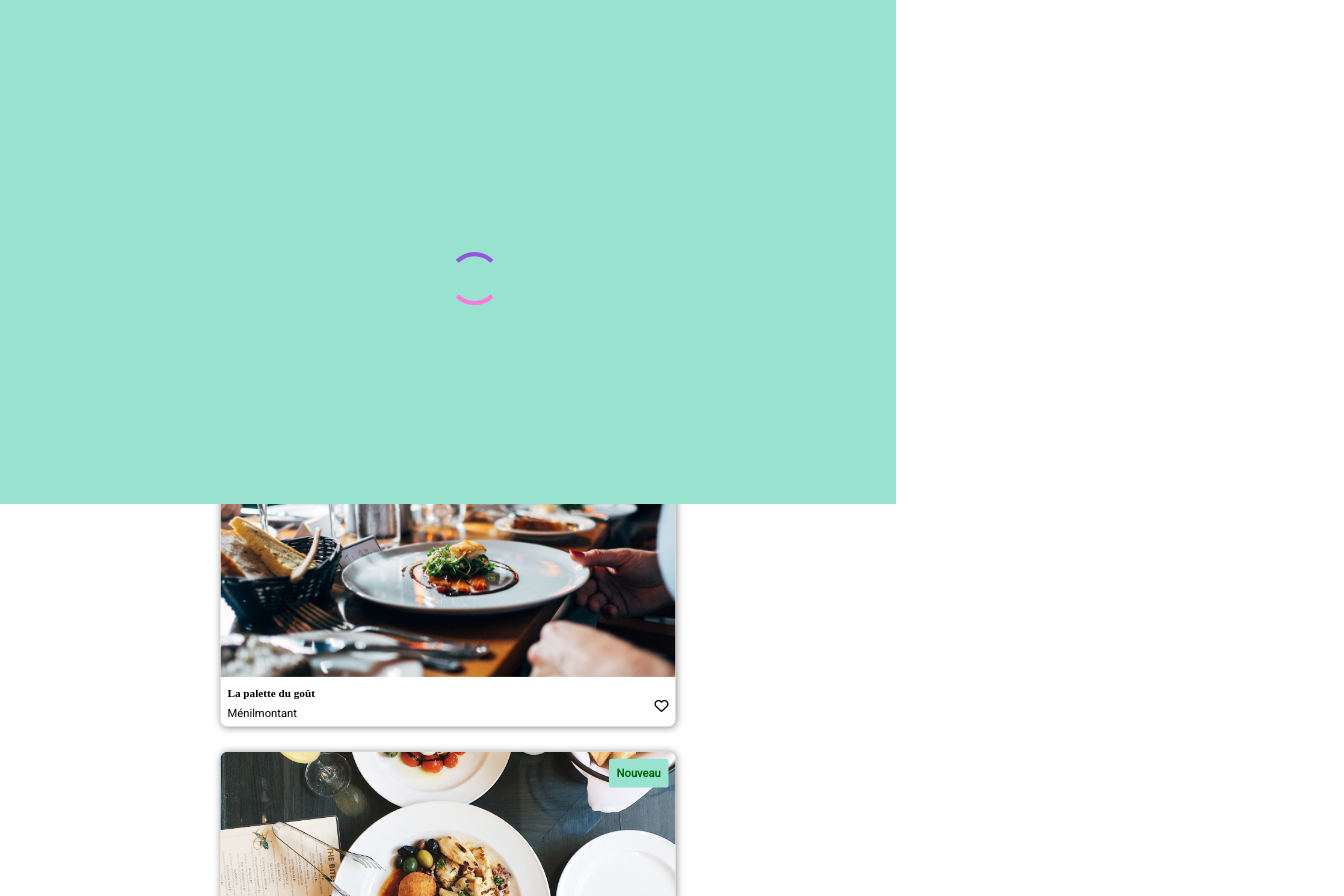
Repository: Micka-17/boimickael_3_16042021
Page: index.html
These files come from the project's save history. The page is drawn as it stood at one moment and after the next save; the edit follows.
The browser window is 1280 px wide. The page is 1280 px wide, then 1920 px, then 1280 px, so the pictures cover 1920 px, including what lies to the right of the window. The pictures show the part of the page from y = 0 to 1280 px (the page is 2618 px tall), at 70% of full size.
Some web fonts or font styles are not loaded; a fallback is used. Some web libraries are served in a nearby version. The style sheet was rebuilt from its Sass, Less or Tailwind sources for each picture, by a compiler version that may differ from the author's.

Above is the page before, as saved 2021-05-26 10:50:45.

After the next save:
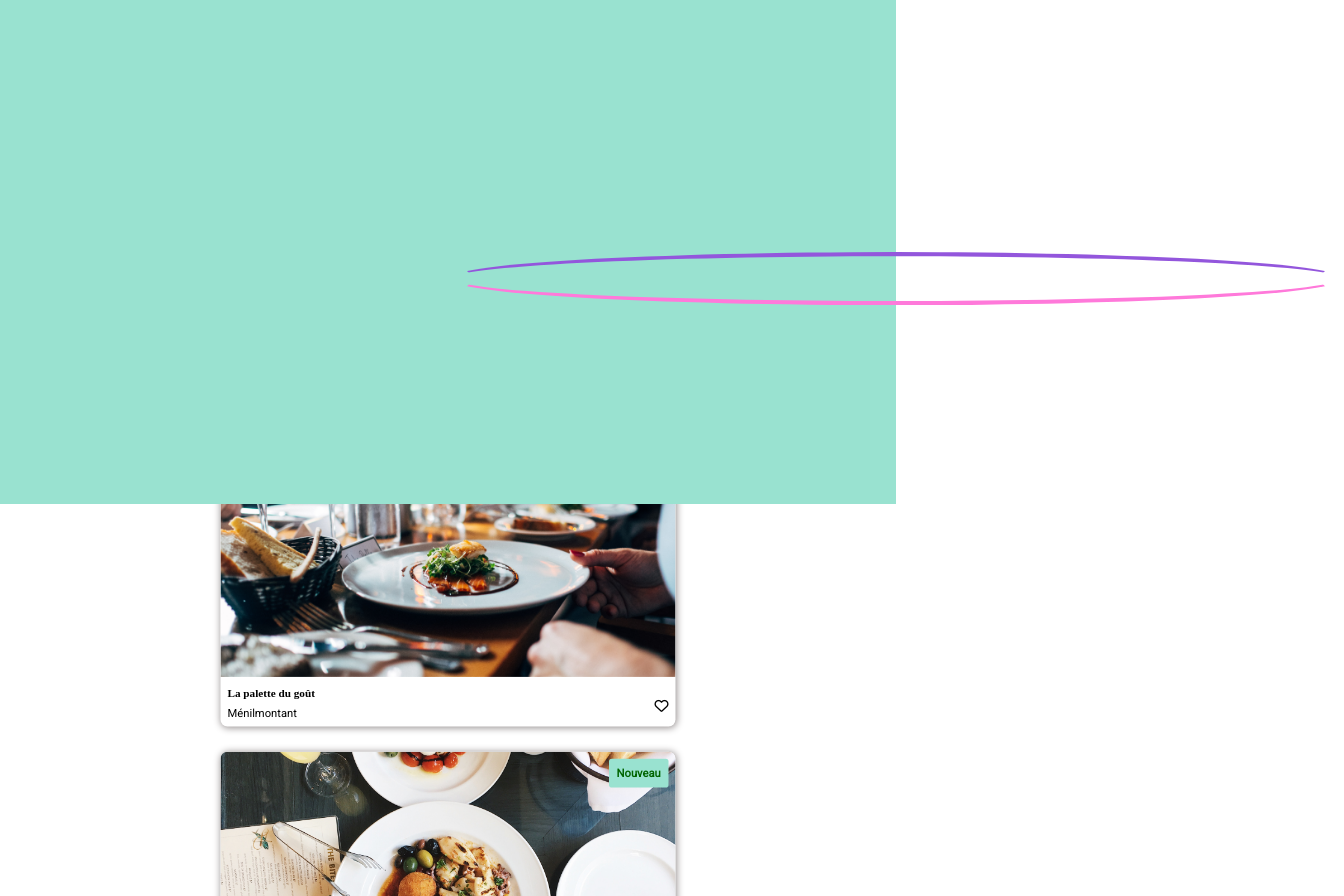
Saved 7 s later.
--- a/sass/style.scss
+++ b/sass/style.scss
@@ -31,7 +31,7 @@
     position: relative;
     top: 50%;
     left: 50%;
-    width: 64px;
+    ;
     height: 64px;
     border-radius: 50%;
     border: 6px solid rgb(255, 255, 255);

After the save that followed:
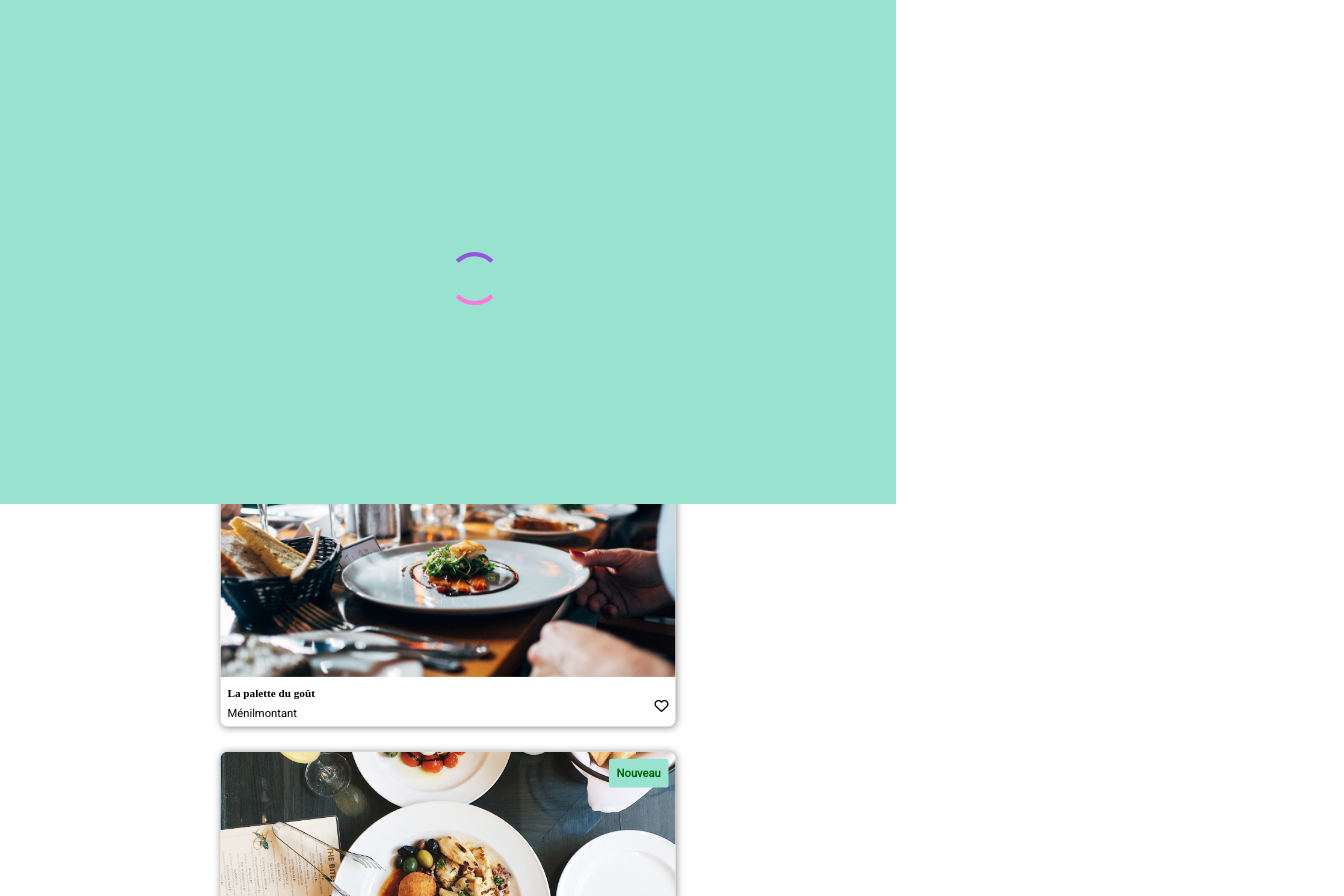
Saved 6 s later.
--- a/sass/style.scss
+++ b/sass/style.scss
@@ -31,7 +31,7 @@
     position: relative;
     top: 50%;
     left: 50%;
-    ;
+    width: 64px;
     height: 64px;
     border-radius: 50%;
     border: 6px solid rgb(255, 255, 255);
